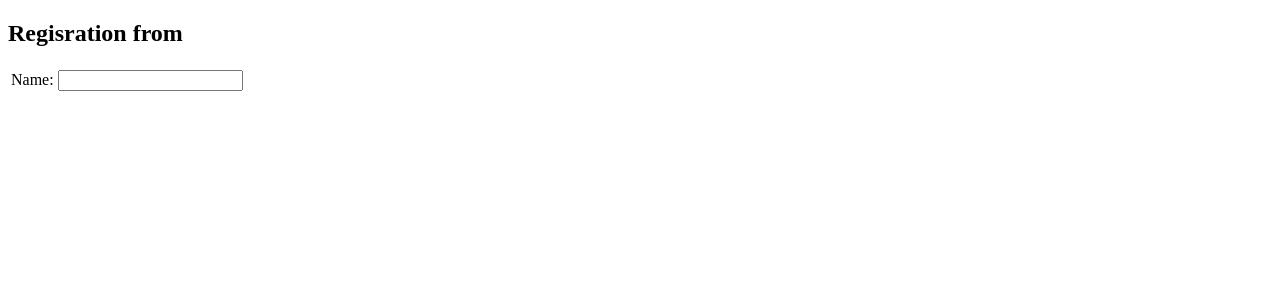
Repository: veeresh-kc/Servlet-Projects
Page: Servelet-Project-Demo2/src/main/webapp/html/index.html
An editor plug-in stored every save of this project. The page is shown before and after the next save, followed by the edit.
The browser window is 1280 px wide. The pictures show the whole page.

Above is the page before, as saved 2025-10-27 04:30:59.

After the next save:
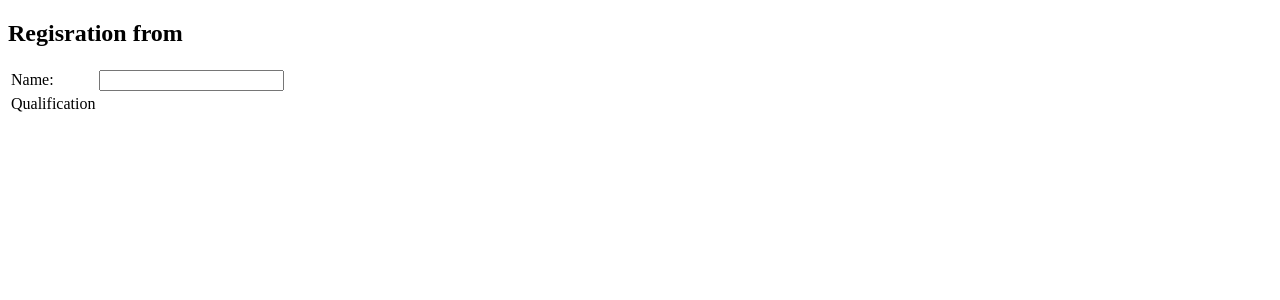
Saved 86 s later.
--- a/Servelet-Project-Demo2/src/main/webapp/html/index.html
+++ b/Servelet-Project-Demo2/src/main/webapp/html/index.html
@@ -12,7 +12,9 @@
 	<td>Name:</td>
 	<td><input type="text" name="participantName"></td>
 	</tr>
-
+	<tr>
+	<td>Qualification</td>
+	</tr>
 
 
 </table>
